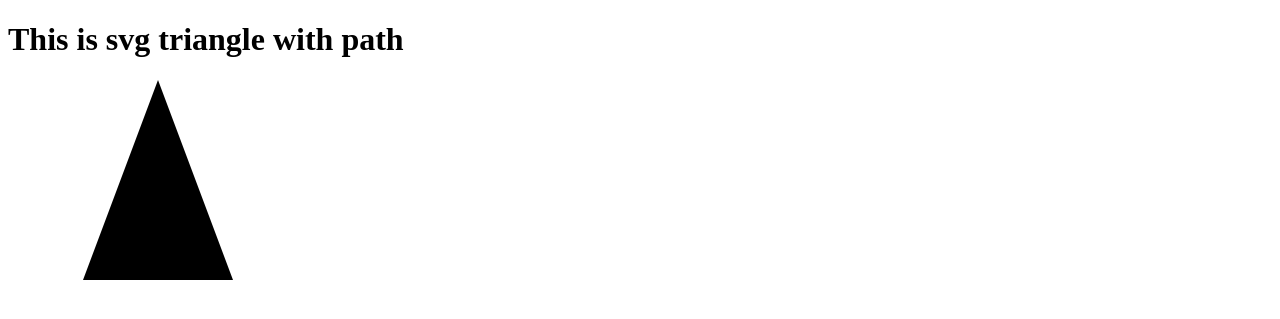
Repository: stastnyd/stastny-d3js
Page: Projekt/1. Oblici/index.html
The author's editor kept a copy of each file at every save. The page is drawn from the files as they stood at one save, then again after the next save.
The browser window is 1280 px wide. The pictures show the whole page.

Above is the page before, as saved 2019-08-05 16:21:38.

After the next save:
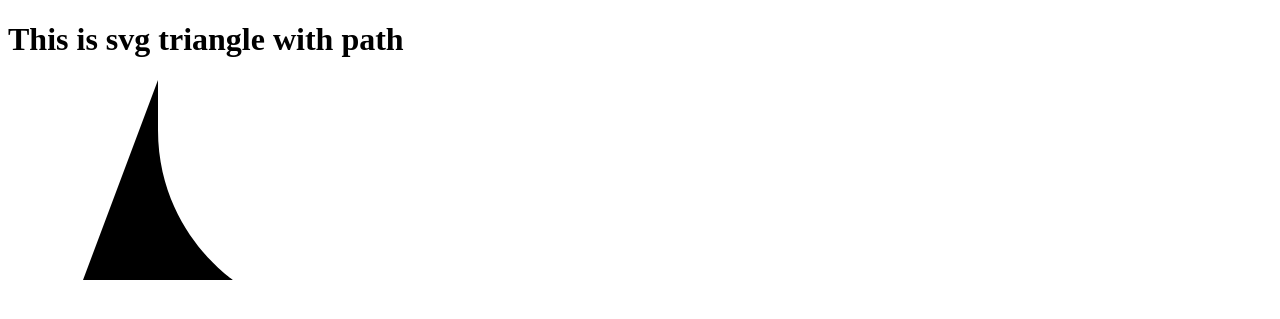
Saved 108 min 2 s later.
--- a/Projekt/1. Oblici/index.html
+++ b/Projekt/1. Oblici/index.html
@@ -13,7 +13,7 @@
 
     <h1>This is svg triangle with path</h1>
     <svg height="210" width="400">
-        <path d="M150 0 L75 200 L225 200 Z" />
+        <path d="M150 0 L75 200 L225 200 C 225 200 150 150 150 50" />
     </svg>
 
 </body>
